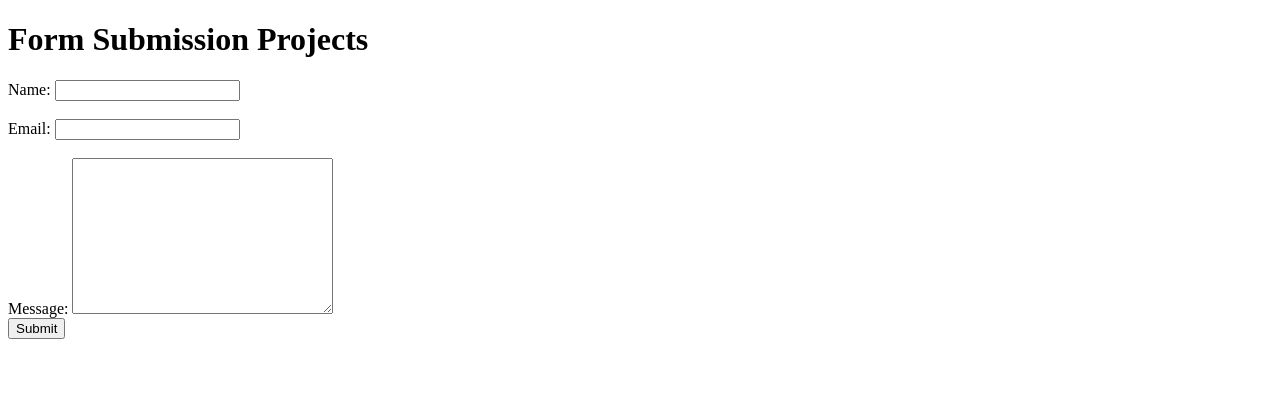
Repository: labib108/ostad-php
Page: projects/formSubmission/index.html
These files come from the project's save history. The page is drawn as it stood at one moment and after the next save; the edit follows.
The browser window is 1280 px wide. The pictures show the whole page.

Above is the page before, as saved 2023-03-21 13:30:55.

### projects/formSubmission/index.html
<!DOCTYPE html>
<html lang="en">
<head>
    <meta charset="UTF-8">
    <meta http-equiv="X-UA-Compatible" content="IE=edge">
    <meta name="viewport" content="width=device-width, initial-scale=1.0">
    <title>Form Submission</title>
</head>
<body>
    <h1>Form Submission Projects</h1>
    <form action="submit.php" method="post">
        <label for="name">Name:</label>
        <input type="text" name="name" id="name"><br><br>
        <label for="email">Email:</label>
        <input type="email" name="email" id="email"><br><br>
        <label for="message">Message:</label>
        <textarea name="message" id="message" cols="30" rows="10"></textarea><br>
        <input type="submit" value="Submit">
    </form>
</body>
</html>

After the next save:
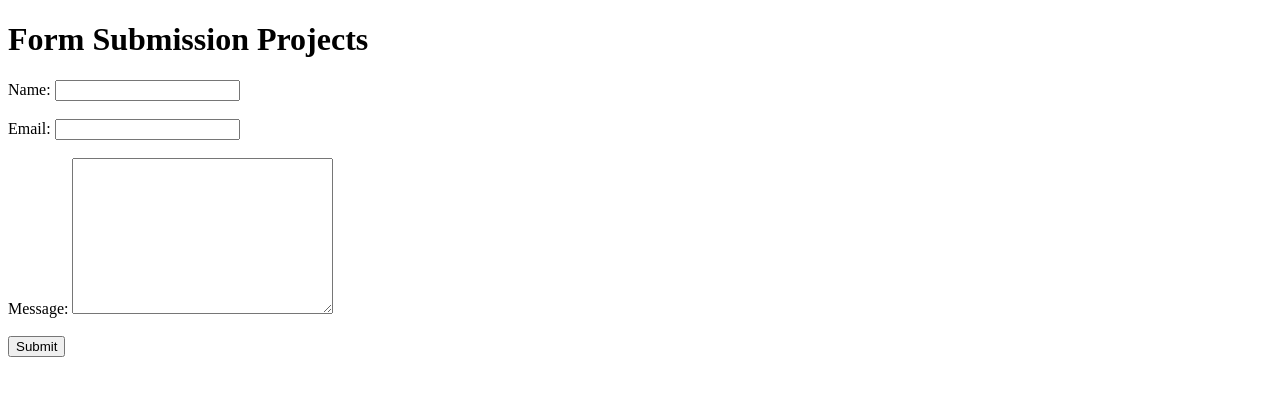
Saved 28 s later.
--- a/projects/formSubmission/index.html
+++ b/projects/formSubmission/index.html
@@ -14,7 +14,7 @@
         <label for="email">Email:</label>
         <input type="email" name="email" id="email"><br><br>
         <label for="message">Message:</label>
-        <textarea name="message" id="message" cols="30" rows="10"></textarea><br>
+        <textarea name="message" id="message" cols="30" rows="10"></textarea><br><br>
         <input type="submit" value="Submit">
     </form>
 </body>
